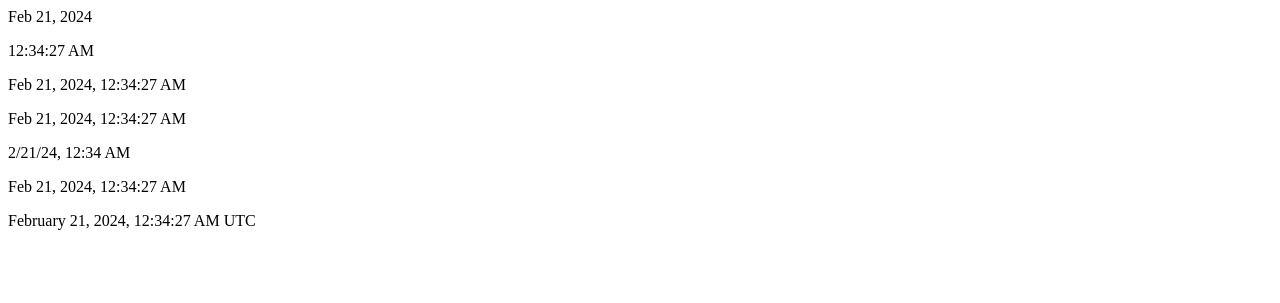
Repository: ramperrit/JSP
Page: http://localhost/JSPBook/Ch09/jstl_fmt03.jsp
The author's editor kept a copy of each file at every save. The page is drawn from the files as they stood at one save, then again after the next save.
The browser window is 1280 px wide. The pictures show the whole page.
The page is served by Tomcat 9. Nobody is signed in. The application's start-up code is not run.

Above is the page before, as saved 2024-02-26 02:30:29.

After the next save:
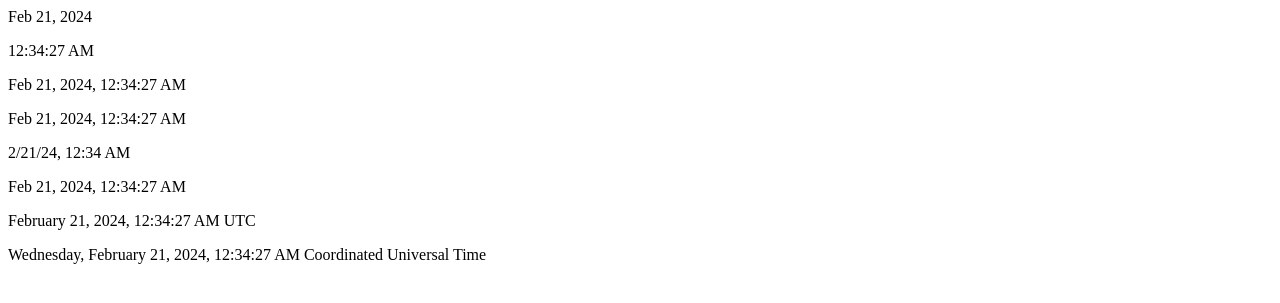
Saved 20 s later.
--- a/JSPBook/src/main/webapp/Ch09/jstl_fmt03.jsp
+++ b/JSPBook/src/main/webapp/Ch09/jstl_fmt03.jsp
@@ -13,5 +13,6 @@
 	<p><fmt:formatDate value="${now}" type="both" dateStyle="short" timeStyle="short"/>
 	<p><fmt:formatDate value="${now}" type="both" dateStyle="medium" timeStyle="medium"/>
 	<p><fmt:formatDate value="${now}" type="both" dateStyle="long" timeStyle="long"/>
+	<p><fmt:formatDate value="${now}" type="both" dateStyle="full" timeStyle="full"/>
 </body>
 </html>
